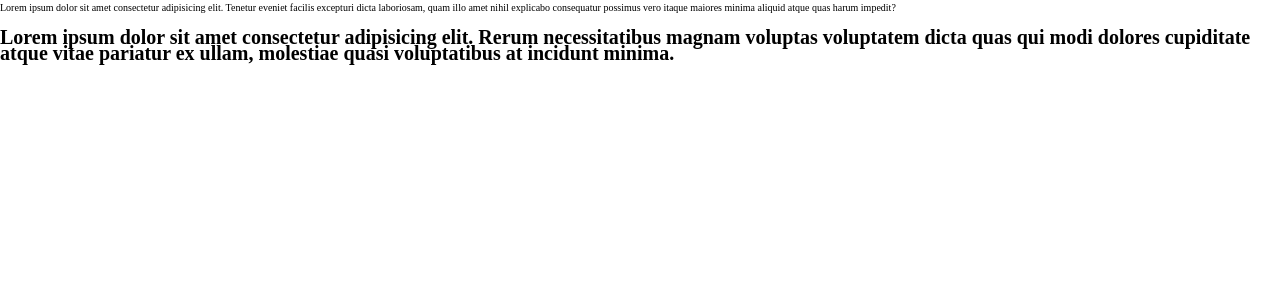
Repository: 0385246651/Shoppee-UI
Page: index.html
These files come from the project's save history. The page is drawn as it stood at one moment and after the next save; the edit follows.
The browser window is 1280 px wide. The pictures show the whole page.

Above is the page before, as saved 2022-11-03 16:59:59.

### index.html
<!DOCTYPE html>
<html lang="en">

<head>
    <meta charset="UTF-8">
    <meta http-equiv="X-UA-Compatible" content="IE=edge">
    <meta name="viewport" content="width=device-width, initial-scale=1.0">
    <title>Shoppee Fake</title>
    <link rel="stylesheet" href="https://cdnjs.cloudflare.com/ajax/libs/normalize/8.0.1/normalize.min.css"
        integrity="sha512-NhSC1YmyruXifcj/KFRWoC561YpHpc5Jtzgvbuzx5VozKpWvQ+4nXhPdFgmx8xqexRcpAglTj9sIBWINXa8x5w=="
        crossorigin="anonymous" referrerpolicy="no-referrer" />

    <link rel="preconnect" href="https://fonts.gstatic.com">
    <link href="https://fonts.googleapis.com/css2?family=Poppins:wght@300;400;600&display=swap" rel="stylesheet">

    <link rel="stylesheet" href="./assets/css/base.css">
    <link rel="stylesheet" href="./assets/css/main.css">
</head>
Lorem ipsum dolor sit amet consectetur adipisicing elit. Tenetur eveniet facilis excepturi dicta laboriosam, quam illo
amet nihil explicabo consequatur possimus vero itaque maiores minima aliquid atque quas harum impedit?

<body>
    <h1>Lorem ipsum dolor sit amet consectetur adipisicing elit. Rerum necessitatibus magnam voluptas voluptatem dicta
        quas qui modi dolores cupiditate atque vitae pariatur ex ullam, molestiae quasi voluptatibus at incidunt minima.
    </h1>
</body>

</html>

### assets/css/base.css
/* Reset CSS */
:root{
    --white-color: #fff;
    --black-color: #000;
    ---text-color: #333;
}

*{
    box-sizing: inherit;

}

html{
    /* Hack  */
    font-size: 62.5%;
    line-height: 1.6rem;
}

body{

}

Loaded but not shown: assets/css/main.css (no copy from this time; the picture is the same without it)

After the next save:
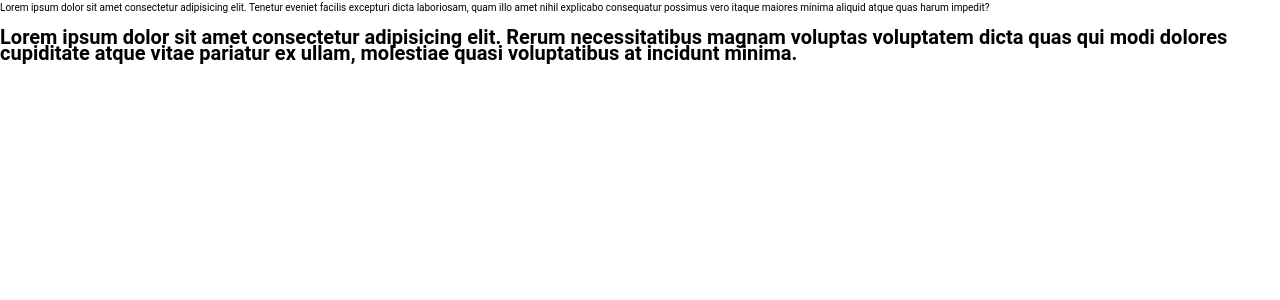
Saved 41 s later.
--- a/assets/css/base.css
+++ b/assets/css/base.css
@@ -14,6 +14,8 @@
     /* Hack  */
     font-size: 62.5%;
     line-height: 1.6rem;
+    font-family: 'Roboto', sans-serif;
+    box-sizing: border-box;
 }
 
 body{
